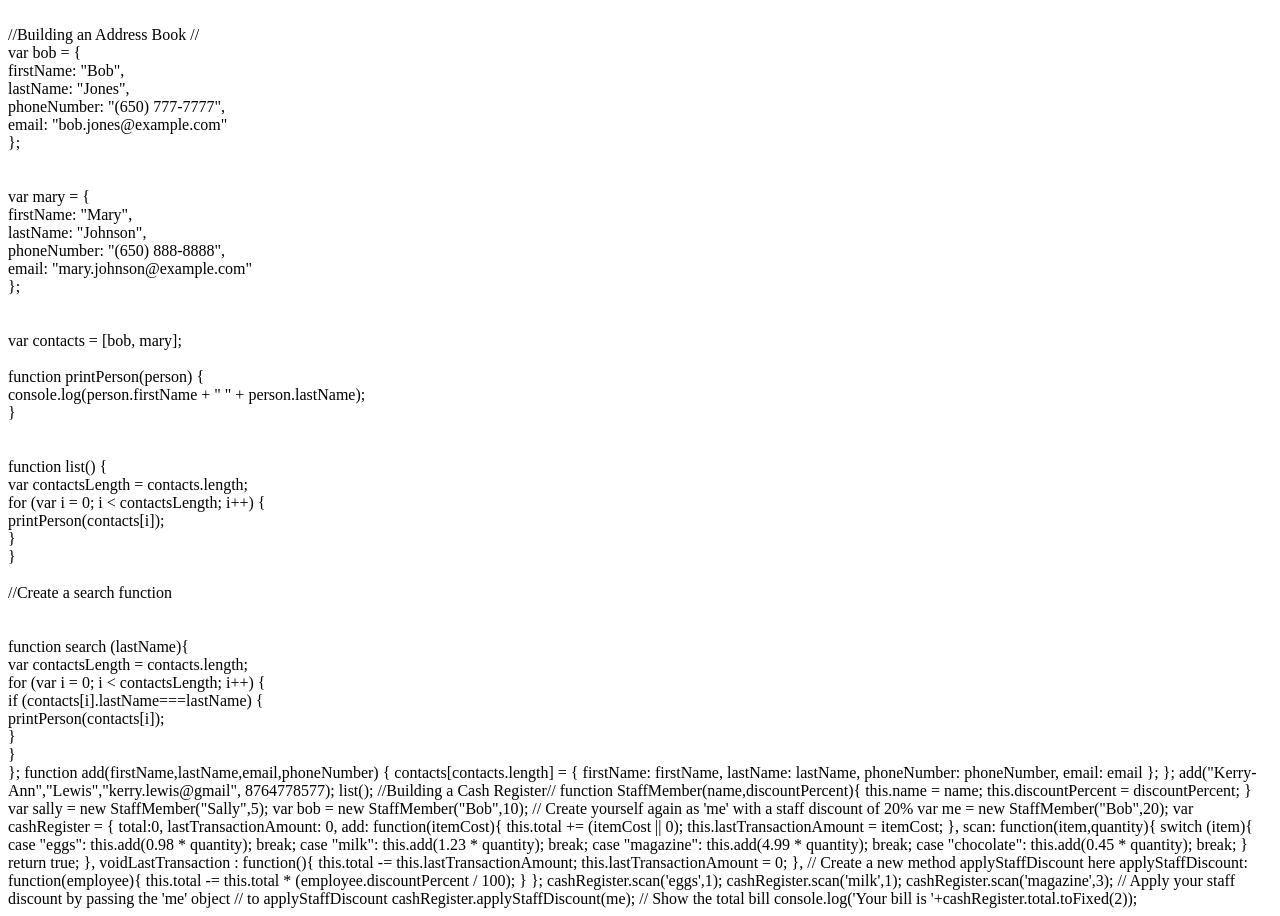
Repository: kernicole/info2180project1
Page: script.html
The author's editor kept a record of every edit. The page is drawn from the files as they stood at one moment, then again after the next edit.
The browser window is 1280 px wide. The pictures show the whole page.

Above is the page before.

### script.html
<html>
<title> Script Source Code </title>
<body>
<br/>//Building an Address Book //
<br/>var bob = {
<br/>    firstName: "Bob",
<br/>    lastName: "Jones",
<br/>    phoneNumber: "(650) 777-7777",
<br/>    email: "bob.jones@example.com"
<br/>};
<br/>
<br/>
<br/>var mary = {
<br/>    firstName: "Mary",
<br/>    lastName: "Johnson",
<br/>    phoneNumber: "(650) 888-8888",
<br/>    email: "mary.johnson@example.com"
<br/>};
<br/>
<br/>
<br/>var contacts = [bob, mary];
<br/>
<br/>function printPerson(person) {
<br/>    console.log(person.firstName + " " + person.lastName);
<br/>}
<br/>
<br/>
<br/>function list() {
<br/>	var contactsLength = contacts.length;
<br/>	for (var i = 0; i < contactsLength; i++) {
<br/>		printPerson(contacts[i]);
<br/>	}
<br/>}
<br/>
<br/>//Create a search function
<br/>
<br/>
<br/>function search (lastName){
<br/>   var contactsLength = contacts.length;
<br/>	for (var i = 0; i < contactsLength; i++) {
<br/>	    if (contacts[i].lastName===lastName) {
<br/>	        printPerson(contacts[i]);
<br/>	    }
<br/>	}
<br/>};





function add(firstName,lastName,email,phoneNumber)
{
    contacts[contacts.length] = {
    firstName: firstName,
    lastName: lastName,
    phoneNumber: phoneNumber,
    email: email
};




};


add("Kerry-Ann","Lewis","kerry.lewis@gmail", 8764778577);

list();






//Building a Cash Register//



function StaffMember(name,discountPercent){
    this.name = name;
    this.discountPercent = discountPercent;
}

var sally = new StaffMember("Sally",5);
var bob = new StaffMember("Bob",10);

// Create yourself again as 'me' with a staff discount of 20%
var me = new StaffMember("Bob",20);

var cashRegister = {
    total:0,
    lastTransactionAmount: 0,
    add: function(itemCost){
        this.total += (itemCost || 0);
        this.lastTransactionAmount = itemCost;
    },
    scan: function(item,quantity){
        switch (item){
        case "eggs": this.add(0.98 * quantity); break;
        case "milk": this.add(1.23 * quantity); break;
        case "magazine": this.add(4.99 * quantity); break;
        case "chocolate": this.add(0.45 * quantity); break;
        }
        return true;
    },
    voidLastTransaction : function(){
        this.total -= this.lastTransactionAmount;
        this.lastTransactionAmount = 0;
    },
    // Create a new method applyStaffDiscount here
    applyStaffDiscount: function(employee){
        this.total -= this.total * (employee.discountPercent / 100);
    }

};

cashRegister.scan('eggs',1);
cashRegister.scan('milk',1);
cashRegister.scan('magazine',3);
// Apply your staff discount by passing the 'me' object
// to applyStaffDiscount
cashRegister.applyStaffDiscount(me);

// Show the total bill
console.log('Your bill is '+cashRegister.total.toFixed(2));
</body>
</html>

After the next edit:
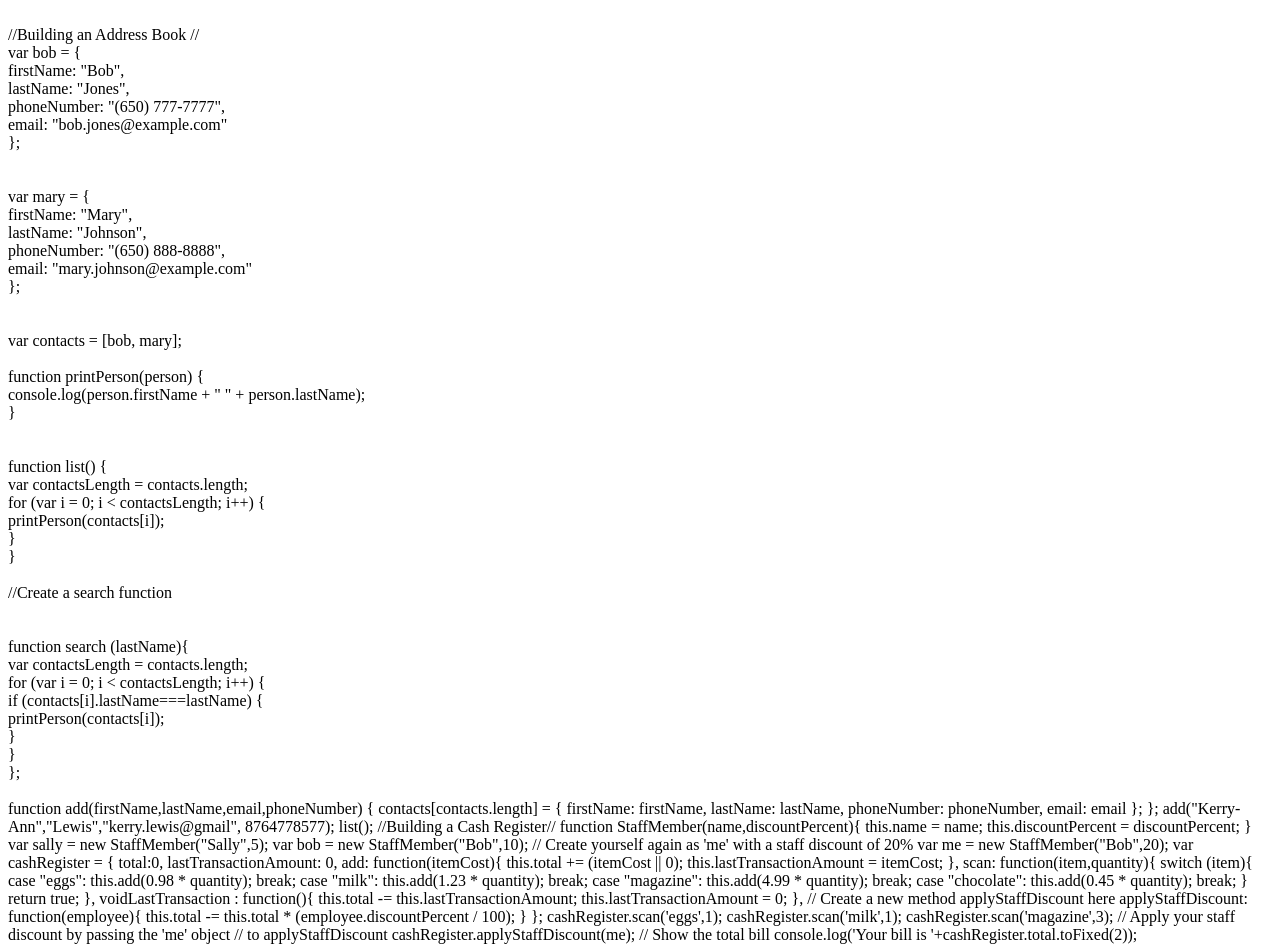
The edit:
--- a/script.html
+++ b/script.html
@@ -46,7 +46,8 @@
 
 
 
-
+<br/>
+<br/>
 
 function add(firstName,lastName,email,phoneNumber)
 {
